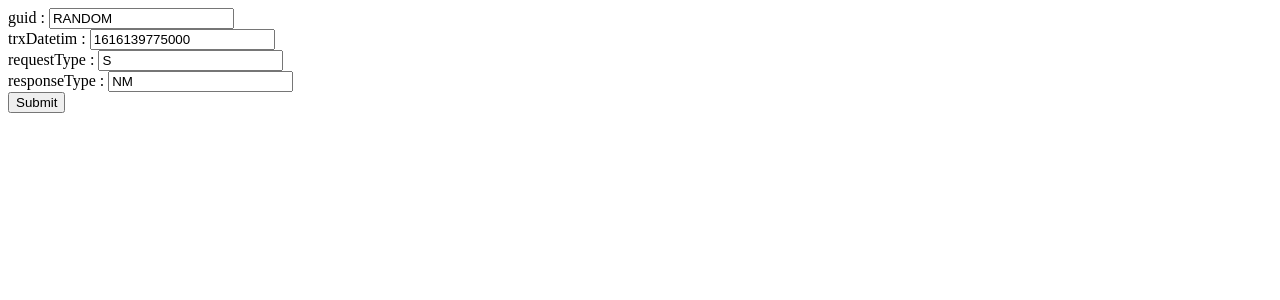
Repository: kchan75/kakaobank
Page: inserver/src/main/resources/static/index.html
The author's editor kept a copy of each file at every save. The page is drawn from the files as they stood at one save, then again after the next save.
The browser window is 1280 px wide. The pictures show the whole page.

Above is the page before, as saved 2021-03-24 01:05:06.

After the next save:
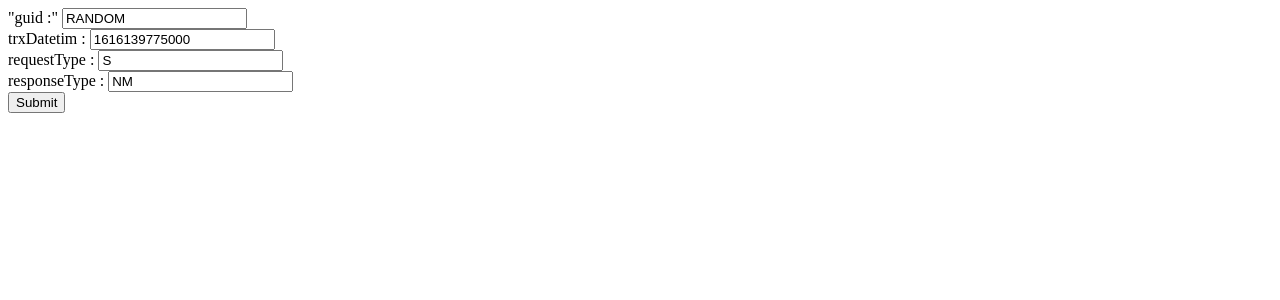
Saved 38 s later.
--- a/inserver/src/main/resources/static/index.html
+++ b/inserver/src/main/resources/static/index.html
@@ -13,7 +13,7 @@
 <body onload="time()">
 
 	<form id="formElem">
-		<label> guid        : </label><input type="text" name="guid" value="RANDOM"><br/>
+		<label> "guid        :" </label><input type="text" name="guid" value="RANDOM"><br/>
 		<label> trxDatetim   : </label> <input type="text" id="trxDatetim" > <br/>
 		<label> requestType  : </label> <input type="text" name="requestType" value="S"> <br/>
 		<label> responseType : </label> <input type="text" name="responseType" value="NM"> <br/>

After the save that followed:
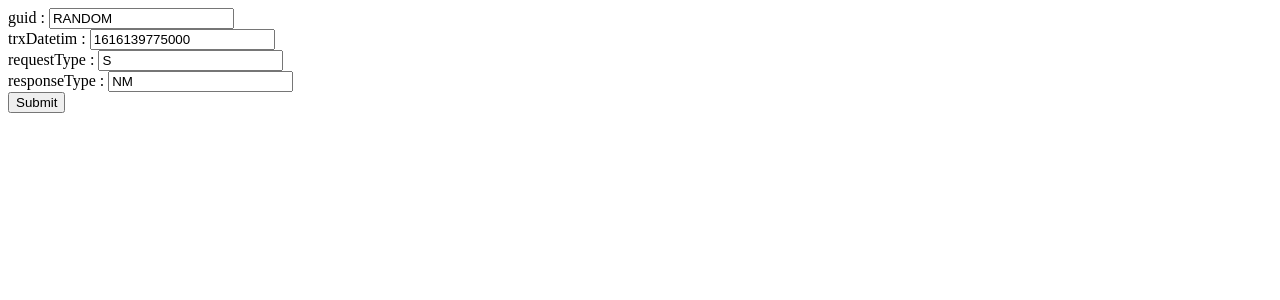
Saved 10 s later.
--- a/inserver/src/main/resources/static/index.html
+++ b/inserver/src/main/resources/static/index.html
@@ -13,7 +13,7 @@
 <body onload="time()">
 
 	<form id="formElem">
-		<label> "guid        :" </label><input type="text" name="guid" value="RANDOM"><br/>
+		<label> guid        : </label><input type="text" name="guid" value="RANDOM"><br/>
 		<label> trxDatetim   : </label> <input type="text" id="trxDatetim" > <br/>
 		<label> requestType  : </label> <input type="text" name="requestType" value="S"> <br/>
 		<label> responseType : </label> <input type="text" name="responseType" value="NM"> <br/>
